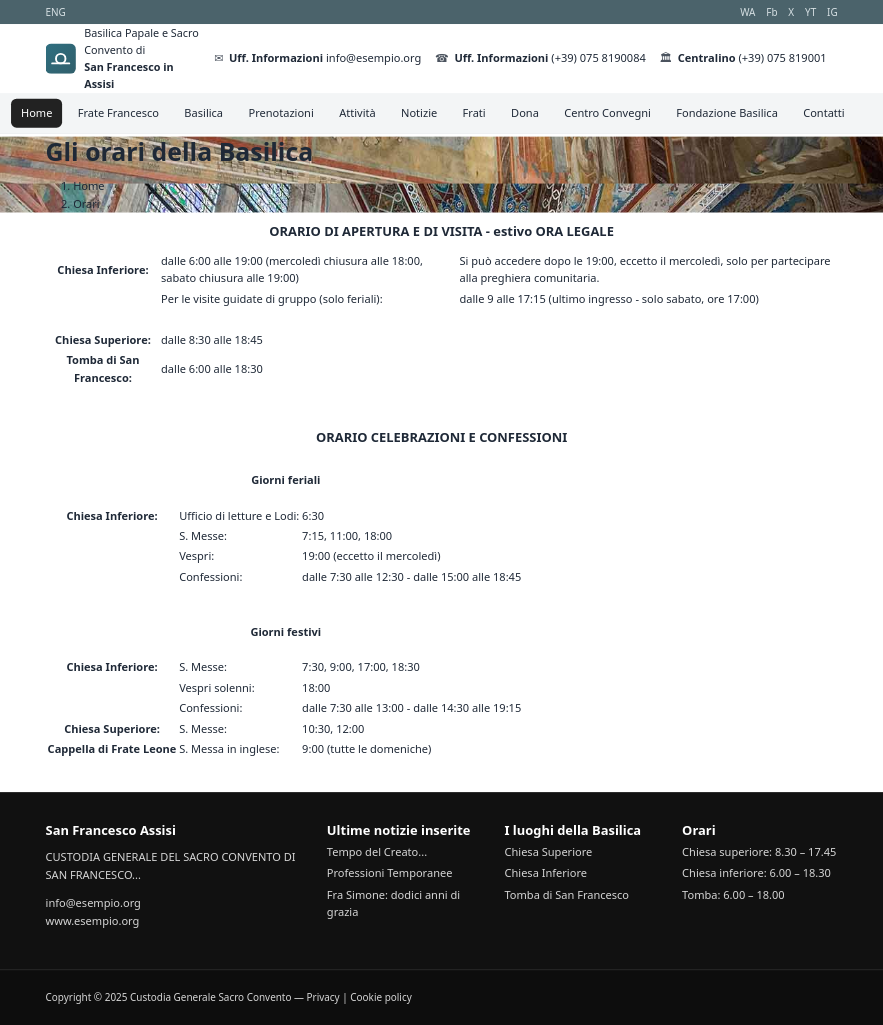
Repository: leacappello/basilica-platform-project
Page: pages/orari.html
The author's editor kept a copy of each file at every save. The page is drawn from the files as they stood at one save, then again after the next save.
The browser window is 1280 px wide. The pictures show the whole page, at 69% of full size.

Above is the page before, as saved 2025-09-15 11:34:19.
Console error (its wording comes from the project's code and is left out).

After the next save:
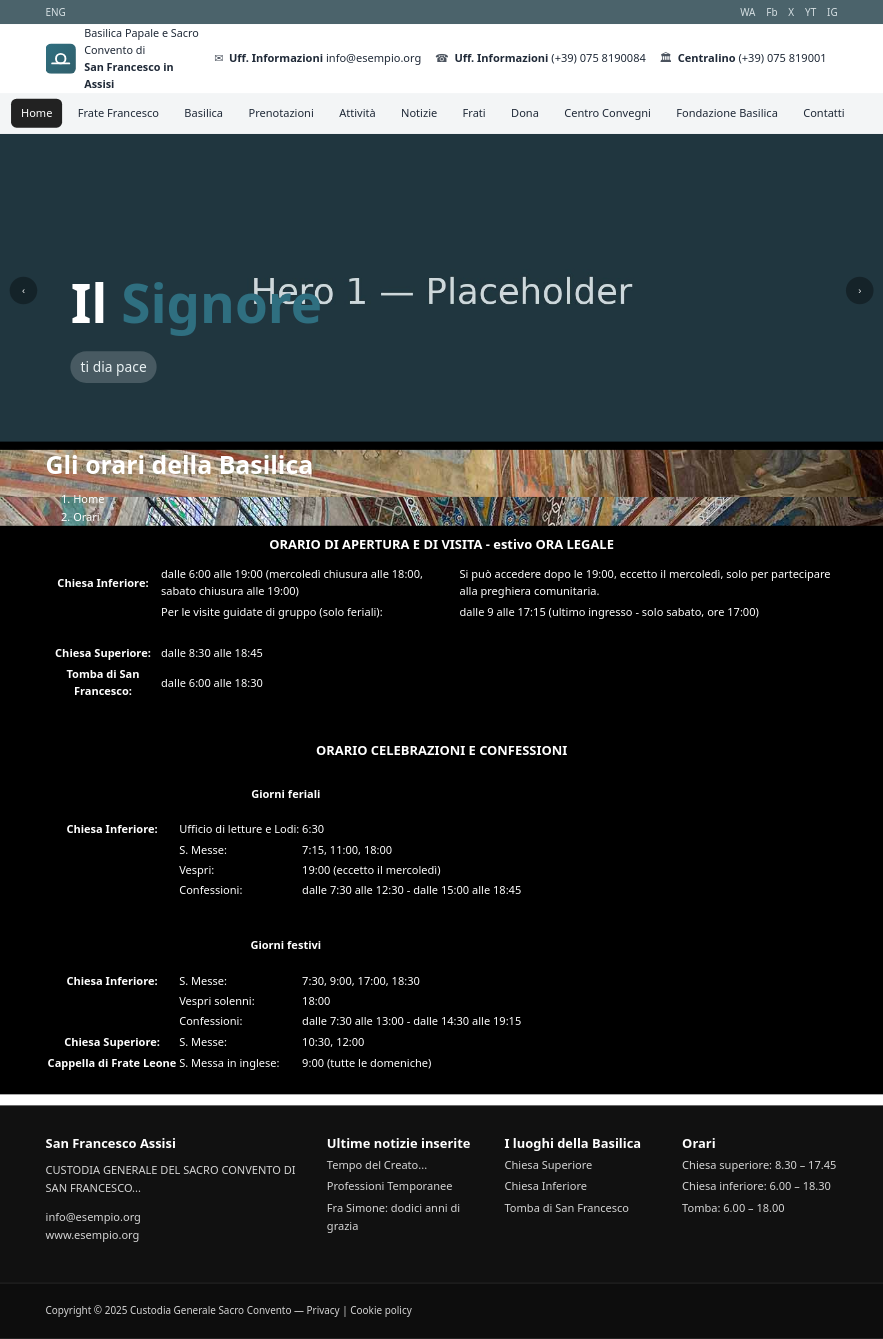
Not found: pages/images/hero-2.jpg
Not found: pages/images/hero-3.jpg
Saved 3 min 8 s later.
--- a/pages/orari.html
+++ b/pages/orari.html
@@ -147,6 +147,29 @@
        HERO: slider immagini + titolo
        ====================================================================== -->
     <div class="main-content">
+
+          <section id="home" class="hero" aria-label="Sezione introduttiva">
+    <div class="hero__slides">
+      <figure class="hero__slide is-active">
+        <img src="images/hero-1.jpg" alt="Affreschi della Basilica" loading="eager">
+        <figcaption>
+          <h1>Il <span class="accent">Signore</span></h1>
+          <p class="pill">ti dia pace</p>
+        </figcaption>
+      </figure>
+
+      <figure class="hero__slide">
+        <img src="images/hero-2.jpg" alt="Navata con affreschi" loading="lazy">
+      </figure>
+
+      <figure class="hero__slide">
+        <img src="images/hero-3.jpg" alt="Esterno della Basilica al tramonto" loading="lazy">
+      </figure>
+
+      <!-- Controlli slider -->
+      <button class="hero__ctrl prev" aria-label="Slide precedente">‹</button>
+      <button class="hero__ctrl next" aria-label="Slide successiva">›</button>
+    </div>
         <section class="inner-header divider parallax layer-overlay overlay-dark-3" data-stellar-background-ratio="0.5"
             data-bg-img="images/web/topshownews.jpg"
             style="background-image: url(&quot;images/web/topshownews.jpg&quot;); background-position: 50% 68px;">
